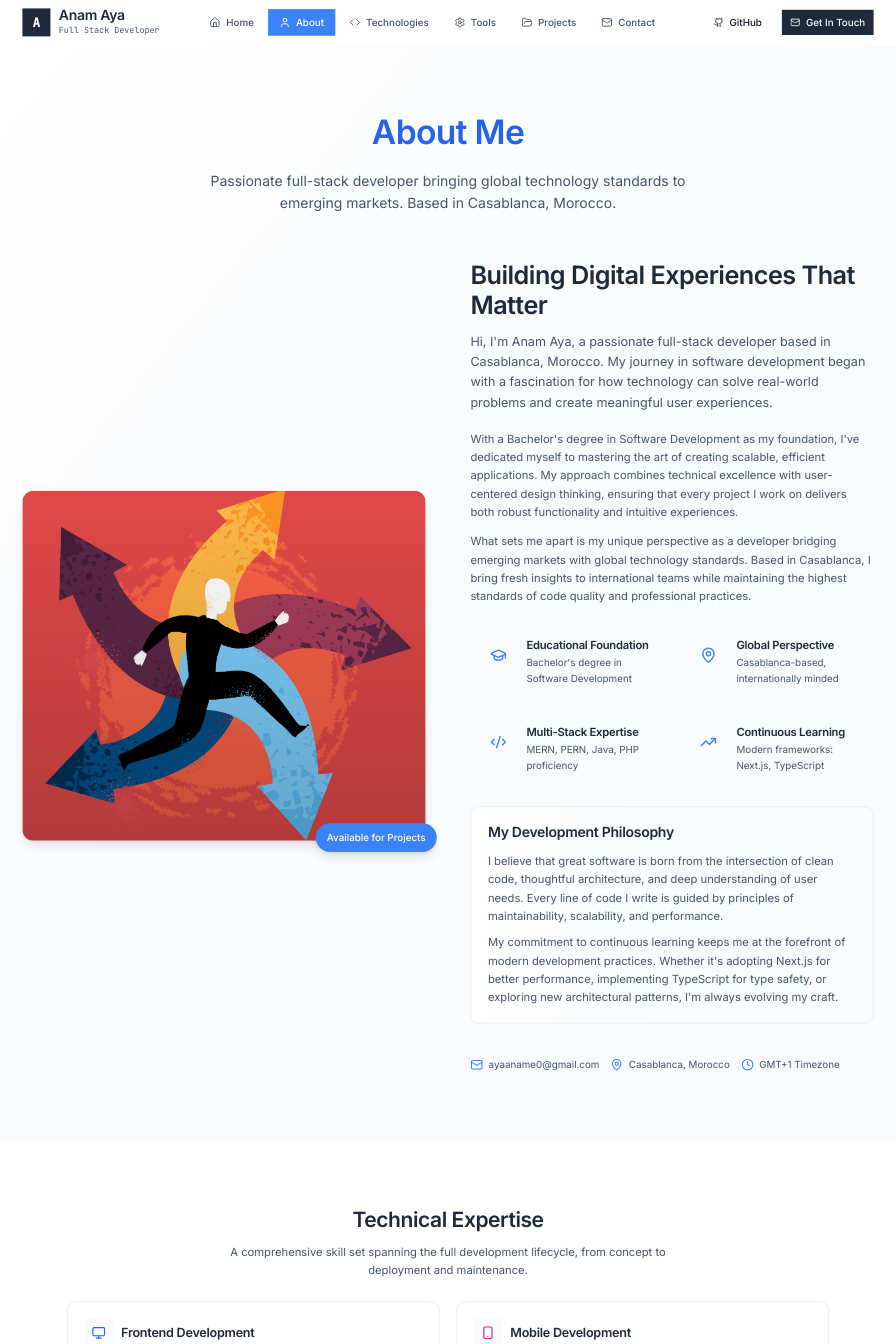
Repository: ayaaas/portflio_aya
Page: /about-me-personal-narrative
An editor plug-in stored every save of this project. The page is shown before and after the next save, followed by the edit.
The browser window is 1280 px wide. The pictures show the part of the page from y = 0 to 1920 px (the page is 4280 px tall), at 70% of full size.
The project was rebuilt for these pictures with package versions that can differ from the ones it lists, and the page was loaded fresh each time. Also part of the build but not shown: vite.config.mjs, src/components/ErrorBoundary.jsx, src/pages/hero-section-developer-portfolio/components/ProfileImage.jsx, src/pages/hero-section-developer-portfolio/components/AnimatedText.jsx, src/pages/hero-section-developer-portfolio/components/HeroContent.jsx, src/pages/hero-section-developer-portfolio/components/BackgroundPattern.jsx, src/pages/hero-section-developer-portfolio/components/ScrollIndicator.jsx, src/pages/hero-section-developer-portfolio/index.jsx and 23 more.

Above is the page before, as saved 2025-07-19 00:49:03.

### index.html
<!doctype html>
<html lang="en">

<head>
  <meta charset="utf-8" />
  <title>anam-aya-portfolio</title>
  <meta name="viewport" content="width=device-width, initial-scale=1.0" />
  <meta name="theme-color" content="#000000" />
  <meta name="description" content="Web site created using create-react-app" />
  <link rel="icon" href="/favicon.ico" />
  <link rel="manifest" href="/manifest.json" />
<script type="module" src="https://static.rocket.new/rocket-web.js?_cfg=https%3A%2F%2Fanamayap2173back.builtwithrocket.new&_be=https%3A%2F%2Fapplication.rocket.new&_v=0.1.6"></script>
</head>

<body>
  <noscript>You need to enable JavaScript to run this app.</noscript>
  <div class="dhiwise-code" id="root"></div>
  <script type="module" src="/src/index.jsx"></script>
</body>

</html>

### src/Routes.jsx
import React from "react";
import { BrowserRouter, Routes as RouterRoutes, Route } from "react-router-dom";
import ScrollToTop from "components/ScrollToTop";
import ErrorBoundary from "components/ErrorBoundary";
// Add your imports here
import HeroSectionDeveloperPortfolio from "pages/hero-section-developer-portfolio";
import AboutMePersonalNarrative from "pages/about-me-personal-narrative";
import ToolsProfessionalWorkflowDisplay from "pages/tools-professional-workflow-display";
import ContactCommunicationPortal from "pages/contact-communication-portal";
import TechnologiesInteractiveStackShowcase from "pages/technologies-interactive-stack-showcase";
import ProjectsCuratedCaseStudies from "pages/projects-curated-case-studies";
import NotFound from "pages/NotFound";

const Routes = () => {
  return (
    <BrowserRouter>
      <ErrorBoundary>
      <ScrollToTop />
      <RouterRoutes>
        {/* Define your routes here */}
        <Route path="/" element={<HeroSectionDeveloperPortfolio />} />
        <Route path="/hero-section-developer-portfolio" element={<HeroSectionDeveloperPortfolio />} />
        <Route path="/about-me-personal-narrative" element={<AboutMePersonalNarrative />} />
        <Route path="/tools-professional-workflow-display" element={<ToolsProfessionalWorkflowDisplay />} />
        <Route path="/contact-communication-portal" element={<ContactCommunicationPortal />} />
        <Route path="/technologies-interactive-stack-showcase" element={<TechnologiesInteractiveStackShowcase />} />
        <Route path="/projects-curated-case-studies" element={<ProjectsCuratedCaseStudies />} />
        <Route path="*" element={<NotFound />} />
      </RouterRoutes>
      </ErrorBoundary>
    </BrowserRouter>
  );
};

export default Routes;

### src/pages/about-me-personal-narrative/components/ProfileImage.jsx
import React from 'react';
import Image from '../../../components/AppImage';

const ProfileImage = () => {
  return (
    <div className="relative">
      <div className="relative overflow-hidden rounded-2xl shadow-lg hover-lift">
        <Image
          src=""
          alt="Anam Aya - Full Stack Developer in his development environment"
          className="w-full h-[500px] object-cover"
        />
        <div className="absolute inset-0 bg-gradient-to-t from-black/20 to-transparent"></div>
      </div>

      {/* Floating Badge */}
      <div className="absolute -bottom-4 -right-4 bg-accent text-accent-foreground px-4 py-2 rounded-full shadow-lg">
        <span className="text-sm font-medium">Available for Projects</span>
      </div>

      {/* Decorative Elements */}
      <div className="absolute -top-4 -left-4 w-8 h-8 bg-primary/10 rounded-full"></div>
      <div className="absolute top-8 -right-2 w-4 h-4 bg-accent/20 rounded-full"></div>
    </div>
  );
};

export default ProfileImage;

### src/pages/about-me-personal-narrative/components/PersonalStory.jsx
import React from 'react';
import Icon from '../../../components/AppIcon';

const PersonalStory = () => {
  const highlights = [
    {
      icon: 'GraduationCap',
      title: 'Educational Foundation',
      description: 'Bachelor\'s degree in Software Development'
    },
    {
      icon: 'MapPin',
      title: 'Global Perspective',
      description: 'Casablanca-based, internationally minded'
    },
    {
      icon: 'Code2',
      title: 'Multi-Stack Expertise',
      description: 'MERN, PERN, Java, PHP proficiency'
    },
    {
      icon: 'TrendingUp',
      title: 'Continuous Learning',
      description: 'Modern frameworks: Next.js, TypeScript'
    }
  ];

  return (
    <div className="space-y-8">
      {/* Introduction */}
      <div className="space-y-6">
        <div className="space-y-4">
          <h2 className="text-3xl lg:text-4xl font-bold text-primary">
            Building Digital Experiences That Matter
          </h2>
          <p className="text-lg text-text-secondary leading-relaxed">
            Hi, I'm Anam Aya, a passionate full-stack developer based in Casablanca, Morocco.
            My journey in software development began with a fascination for how technology can
            solve real-world problems and create meaningful user experiences.
          </p>
        </div>

        <div className="space-y-4">
          <p className="text-text-secondary leading-relaxed">
            With a Bachelor's degree in Software Development as my foundation, I've dedicated
            myself to mastering the art of creating scalable, efficient applications. My approach
            combines technical excellence with user-centered design thinking, ensuring that every
            project I work on delivers both robust functionality and intuitive experiences.
          </p>

          <p className="text-text-secondary leading-relaxed">
            What sets me apart is my unique perspective as a developer bridging emerging markets
            with global technology standards. Based in Casablanca, I bring fresh insights to
            international teams while maintaining the highest standards of code quality and
            professional practices.
          </p>
        </div>
      </div>

      {/* Key Highlights */}
      <div className="grid grid-cols-1 md:grid-cols-2 gap-6">
        {highlights.map((highlight, index) => (
          <div
            key={index}
            className="flex items-start space-x-4 p-4 rounded-lg bg-surface hover:bg-muted transition-all-300 hover-lift"
          >
            <div className="flex-shrink-0 w-12 h-12 bg-accent/10 rounded-lg flex items-center justify-center">
              <Icon name={highlight.icon} size={24} className="text-accent" />
            </div>
            <div className="space-y-1">
              <h3 className="font-semibold text-primary">{highlight.title}</h3>
              <p className="text-sm text-text-secondary">{highlight.description}</p>
            </div>
          </div>
        ))}
      </div>

      {/* Philosophy */}
      <div className="bg-gradient-to-r from-accent/5 to-primary/5 rounded-xl p-6 border border-accent/10">
        <h3 className="text-xl font-semibold text-primary mb-4">My Development Philosophy</h3>
        <div className="space-y-3">
          <p className="text-text-secondary leading-relaxed">
            I believe that great software is born from the intersection of clean code, thoughtful
            architecture, and deep understanding of user needs. Every line of code I write is
            guided by principles of maintainability, scalability, and performance.
          </p>
          <p className="text-text-secondary leading-relaxed">
            My commitment to continuous learning keeps me at the forefront of modern development
            practices. Whether it's adopting Next.js for better performance, implementing TypeScript
            for type safety, or exploring new architectural patterns, I'm always evolving my craft.
          </p>
        </div>
      </div>

      {/* Call to Action */}
      <div className="flex flex-col sm:flex-row gap-4 pt-4">
        <div className="flex items-center space-x-2 text-text-secondary">
          <Icon name="Mail" size={18} className="text-accent" />
          <span className="text-sm">ayaaname0@gmail.com</span>
        </div>
        <div className="flex items-center space-x-2 text-text-secondary">
          <Icon name="MapPin" size={18} className="text-accent" />
          <span className="text-sm">Casablanca, Morocco</span>
        </div>
        <div className="flex items-center space-x-2 text-text-secondary">
          <Icon name="Clock" size={18} className="text-accent" />
          <span className="text-sm">GMT+1 Timezone</span>
        </div>
      </div>
    </div>
  );
};

export default PersonalStory;

### src/pages/about-me-personal-narrative/components/SkillsOverview.jsx
import React from 'react';
import Icon from '../../../components/AppIcon';

const SkillsOverview = () => {
const skillCategories = [
  {
    category: 'Frontend Development',
    icon: 'Monitor',
    skills: ['React.js', 'Next.js', 'TypeScript', 'Tailwind CSS', 'HTML5/CSS3'],
    color: 'text-blue-600'
  },
  {
    category: 'Mobile Development',
    icon: 'Smartphone',
    skills: ['Flutter', 'Dart', 'Audioplayers'],
    color: 'text-pink-600'
  },
  {
    category: 'Backend Development',
    icon: 'Server',
    skills: ['Node.js', 'Express.js', 'PHP', 'Java', 'RESTful APIs'],
    color: 'text-green-600'
  },
  {
    category: 'Database & Tools',
    icon: 'Database',
    skills: ['MongoDB', 'SQFLite', 'PostgreSQL', 'MySQL'],
    color: 'text-purple-600'
  },
  {
    category: 'Development Practices',
    icon: 'Settings',
    skills: ['Agile/Scrum', 'Code Review', 'Performance Optimization'],
    color: 'text-orange-600'
  }
];



  return (
    <div className="space-y-8">
      <div className="text-center space-y-4">
        <h2 className="text-2xl lg:text-3xl font-bold text-primary">
          Technical Expertise
        </h2>
        <p className="text-text-secondary max-w-2xl mx-auto">
          A comprehensive skill set spanning the full development lifecycle,
          from concept to deployment and maintenance.
        </p>
      </div>

      <div className="grid grid-cols-1 md:grid-cols-2 gap-6">
        {skillCategories.map((category, index) => (
          <div
            key={index}
            className="bg-card rounded-xl p-6 border border-border hover:shadow-lg transition-all-300 hover-lift"
          >
            <div className="flex items-center space-x-3 mb-4">
              <div className="w-10 h-10 bg-surface rounded-lg flex items-center justify-center">
                <Icon name={category.icon} size={20} className={category.color} />
              </div>
              <h3 className="text-lg font-semibold text-primary">{category.category}</h3>
            </div>

            <div className="flex flex-wrap gap-2">
              {category.skills.map((skill, skillIndex) => (
                <span
                  key={skillIndex}
                  className="px-3 py-1 bg-muted text-text-secondary text-sm rounded-full hover:bg-accent/10 hover:text-accent transition-all-300"
                >
                  {skill}
                </span>
              ))}
            </div>
          </div>
        ))}
      </div>

      {/* Experience Timeline */}
      <div className="bg-gradient-to-r from-primary/5 to-accent/5 rounded-xl p-6 border border-primary/10">
        <h3 className="text-xl font-semibold text-primary mb-6 text-center">Development Journey</h3>

        <div className="space-y-4">
          <div className="flex items-start space-x-4">
            <div className="w-3 h-3 bg-accent rounded-full mt-2 flex-shrink-0"></div>
            <div>
              <h4 className="font-medium text-primary">Full-Stack Development Focus</h4>
              <p className="text-sm text-text-secondary">
                Specializing in modern web applications with React, Node.js, and cloud deployment
              </p>
            </div>
          </div>

          <div className="flex items-start space-x-4">
            <div className="w-3 h-3 bg-primary rounded-full mt-2 flex-shrink-0"></div>
            <div>
              <h4 className="font-medium text-primary">Academic Foundation</h4>
              <p className="text-sm text-text-secondary">
                Bachelor's degree in Software Development with focus on algorithms and system design
              </p>
            </div>
          </div>

          <div className="flex items-start space-x-4">
            <div className="w-3 h-3 bg-success rounded-full mt-2 flex-shrink-0"></div>
            <div>
              <h4 className="font-medium text-primary">Continuous Learning</h4>
              <p className="text-sm text-text-secondary">
                Staying current with Next.js, TypeScript, and modern development practices
              </p>
            </div>
          </div>
        </div>
      </div>
    </div>
  );
};

export default SkillsOverview;

### src/pages/about-me-personal-narrative/components/PersonalValues.jsx
import React from 'react';
import Icon from '../../../components/AppIcon';

const PersonalValues = () => {
  const values = [
    {
      icon: 'Target',
      title: 'Quality First',
      description: 'Every project deserves attention to detail and commitment to excellence. I believe in writing clean, maintainable code that stands the test of time.',
      color: 'text-blue-600'
    },
    {
      icon: 'Users',
      title: 'User-Centered Approach',
      description: 'Technology should serve people, not the other way around. I design and develop with the end user\'s experience as the primary consideration.',
      color: 'text-green-600'
    },
    {
      icon: 'Lightbulb',
      title: 'Innovation & Learning',
      description: 'The tech landscape evolves rapidly, and so do I. Continuous learning and adaptation are essential to delivering modern, effective solutions.',
      color: 'text-purple-600'
    },
    {
      icon: 'Globe',
      title: 'Global Mindset',
      description: 'Based in Casablanca but thinking globally. I bring diverse perspectives to international teams while maintaining universal standards of professionalism.',
      color: 'text-orange-600'
    }
  ];

  return (
    <div className="space-y-8">
      <div className="text-center space-y-4">
        <h2 className="text-2xl lg:text-3xl font-bold text-primary">
          What Drives Me
        </h2>
        <p className="text-text-secondary max-w-2xl mx-auto">
          My core values shape every project I undertake and every line of code I write.
          These principles guide my approach to development and collaboration.
        </p>
      </div>

      <div className="grid grid-cols-1 lg:grid-cols-2 gap-8">
        {values.map((value, index) => (
          <div
            key={index}
            className="group bg-card rounded-xl p-6 border border-border hover:border-accent/30 transition-all-300 hover-lift"
          >
            <div className="flex items-start space-x-4">
              <div className="flex-shrink-0 w-12 h-12 bg-surface rounded-xl flex items-center justify-center group-hover:bg-accent/10 transition-all-300">
                <Icon name={value.icon} size={24} className={`${value.color} group-hover:scale-110 transition-transform`} />
              </div>

              <div className="space-y-3">
                <h3 className="text-lg font-semibold text-primary group-hover:text-accent transition-colors">
                  {value.title}
                </h3>
                <p className="text-text-secondary leading-relaxed">
                  {value.description}
                </p>
              </div>
            </div>
          </div>
        ))}
      </div>

      {/* Personal Quote */}
      <div className="relative bg-gradient-to-br from-accent/5 via-primary/5 to-success/5 rounded-2xl p-8 border border-accent/10">
        <div className="absolute top-4 left-4">
          <Icon name="Quote" size={32} className="text-accent/20" />
        </div>

        <div className="relative z-10 text-center space-y-4">
          <blockquote className="text-lg lg:text-xl text-primary font-medium italic leading-relaxed">
            "Great software is not just about solving problems—it's about creating experiences that make people's lives better, one interaction at a time."
          </blockquote>
          <cite className="text-text-secondary font-medium">— Anam Aya</cite>
        </div>

        <div className="absolute bottom-4 right-4">
          <Icon name="Quote" size={32} className="text-primary/20 rotate-180" />
        </div>
      </div>

      {/* Fun Facts */}
      <div className="bg-muted rounded-xl p-6">
        <h3 className="text-lg font-semibold text-primary mb-4 text-center">Beyond Code</h3>

        <div className="grid grid-cols-1 md:grid-cols-3 gap-4 text-center">
          <div className="space-y-2">
            <Icon name="Coffee" size={24} className="text-accent mx-auto" />
            <p className="text-sm text-text-secondary">
              <span className="font-medium text-primary">Coffee Enthusiast</span><br />
              Fueled by quality coffee and clean code
            </p>
          </div>

          <div className="space-y-2">
            <Icon name="BookOpen" size={24} className="text-success mx-auto" />
            <p className="text-sm text-text-secondary">
              <span className="font-medium text-primary">Continuous Learner</span><br />
              Always exploring new technologies
            </p>
          </div>

          <div className="space-y-2">
            <Icon name="Compass" size={24} className="text-warning mx-auto" />
            <p className="text-sm text-text-secondary">
              <span className="font-medium text-primary">Cultural Bridge</span><br />
              Connecting Morocco with global tech
            </p>
          </div>
        </div>
      </div>
    </div>
  );
};

export default PersonalValues;

### src/components/ui/Button.jsx
import React from 'react';
import { Slot } from "@radix-ui/react-slot";
import { cva } from "class-variance-authority";
import { cn } from "../../utils/cn";
import Icon from '../AppIcon';

const buttonVariants = cva(
    "inline-flex items-center justify-center whitespace-nowrap rounded-md text-sm font-medium ring-offset-background transition-colors focus-visible:outline-none focus-visible:ring-2 focus-visible:ring-ring focus-visible:ring-offset-2 disabled:pointer-events-none disabled:opacity-50",
    {
        variants: {
            variant: {
                default: "bg-primary text-primary-foreground hover:bg-primary/90",
                destructive: "bg-destructive text-destructive-foreground hover:bg-destructive/90",
                outline: "border border-input hover:bg-accent hover:text-accent-foreground",
                secondary: "bg-secondary text-secondary-foreground hover:bg-secondary/80",
                ghost: "hover:bg-accent hover:text-accent-foreground",
                link: "text-primary underline-offset-4 hover:underline",
                success: "bg-success text-success-foreground hover:bg-success/90",
                warning: "bg-warning text-warning-foreground hover:bg-warning/90",
                danger: "bg-error text-error-foreground hover:bg-error/90",
            },
            size: {
                default: "h-10 px-4 py-2",
                sm: "h-9 rounded-md px-3",
                lg: "h-11 rounded-md px-8",
                icon: "h-10 w-10",
                xs: "h-8 rounded-md px-2 text-xs",
                xl: "h-12 rounded-md px-10 text-base",
            },
        },
        defaultVariants: {
            variant: "default",
            size: "default",
        },
    }
);

const Button = React.forwardRef(({
    className,
    variant,
    size,
    asChild = false,
    children,
    loading = false,
    iconName = null,
    iconPosition = 'left',
    iconSize = null,
    fullWidth = false,
    disabled = false,
    ...props
}, ref) => {
    const Comp = asChild ? Slot : "button";

    // Icon size mapping based on button size
    const iconSizeMap = {
        xs: 12,
        sm: 14,
        default: 16,
        lg: 18,
        xl: 20,
        icon: 16,
    };

    const calculatedIconSize = iconSize || iconSizeMap[size] || 16;

    // Loading spinner
    const LoadingSpinner = () => (
        <svg className="animate-spin -ml-1 mr-2 h-4 w-4" fill="none" viewBox="0 0 24 24">
            <circle className="opacity-25" cx="12" cy="12" r="10" stroke="currentColor" strokeWidth="4" />
            <path className="opacity-75" fill="currentColor" d="M4 12a8 8 0 018-8V0C5.373 0 0 5.373 0 12h4zm2 5.291A7.962 7.962 0 014 12H0c0 3.042 1.135 5.824 3 7.938l3-2.647z" />
        </svg>
    );

    // Icon rendering
    const renderIcon = () => {
        if (!iconName) return null;

        return (
            <Icon
                name={iconName}
                size={calculatedIconSize}
                className={cn(
                    children && iconPosition === 'left' && "mr-2",
                    children && iconPosition === 'right' && "ml-2"
                )}
            />
        );
    };

    return (
        <Comp
            className={cn(
                buttonVariants({ variant, size, className }),
                fullWidth && "w-full"
            )}
            ref={ref}
            disabled={disabled || loading}
            {...props}
        >
            {loading && <LoadingSpinner />}
            {iconName && iconPosition === 'left' && renderIcon()}
            {children}
            {iconName && iconPosition === 'right' && renderIcon()}
        </Comp>
    );
});

Button.displayName = "Button";

export default Button;

Loaded but not shown: src/index.jsx (common file); src/App.jsx (common file); src/styles/tailwind.css (library); src/styles/index.css (common file); src/components/ScrollToTop.jsx (common file); src/components/AppIcon.jsx (common file); src/components/AppImage.jsx (common file); src/utils/cn.js (common file); tailwind.config.js (148 lines, source omitted); src/pages/about-me-personal-narrative/index.jsx (181 lines, source omitted); src/components/ui/Header.jsx (183 lines, source omitted)

After the next save:
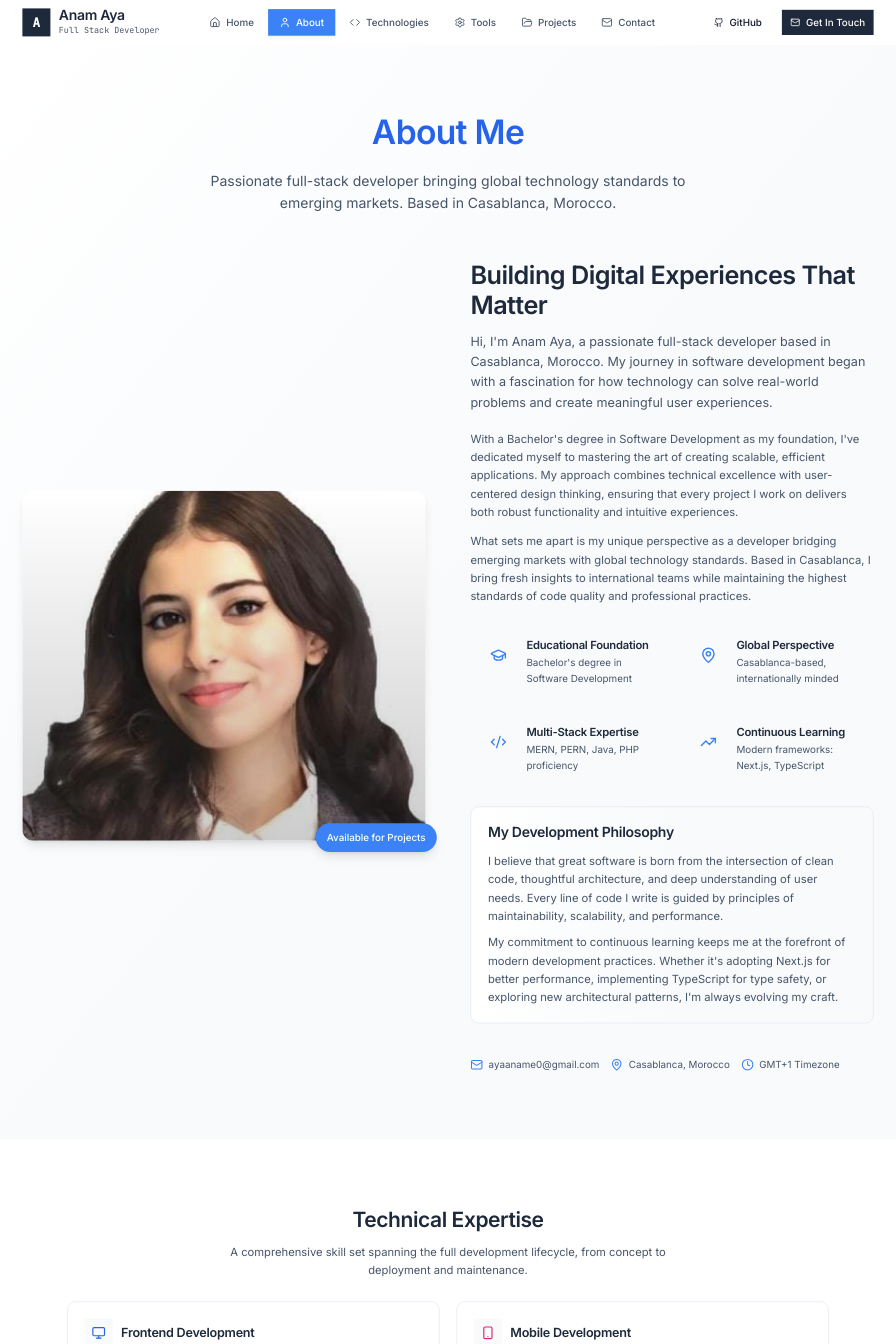
Saved 13 s later.
--- a/src/pages/about-me-personal-narrative/components/ProfileImage.jsx
+++ b/src/pages/about-me-personal-narrative/components/ProfileImage.jsx
@@ -6,7 +6,7 @@ const ProfileImage = () => {
     <div className="relative">
       <div className="relative overflow-hidden rounded-2xl shadow-lg hover-lift">
         <Image
-          src=""
+          src="public/assets/images/WhatsApp Image 2025-01-27 à 13.09.23_03e1ada6.jpg"
           alt="Anam Aya - Full Stack Developer in his development environment"
           className="w-full h-[500px] object-cover"
         />
